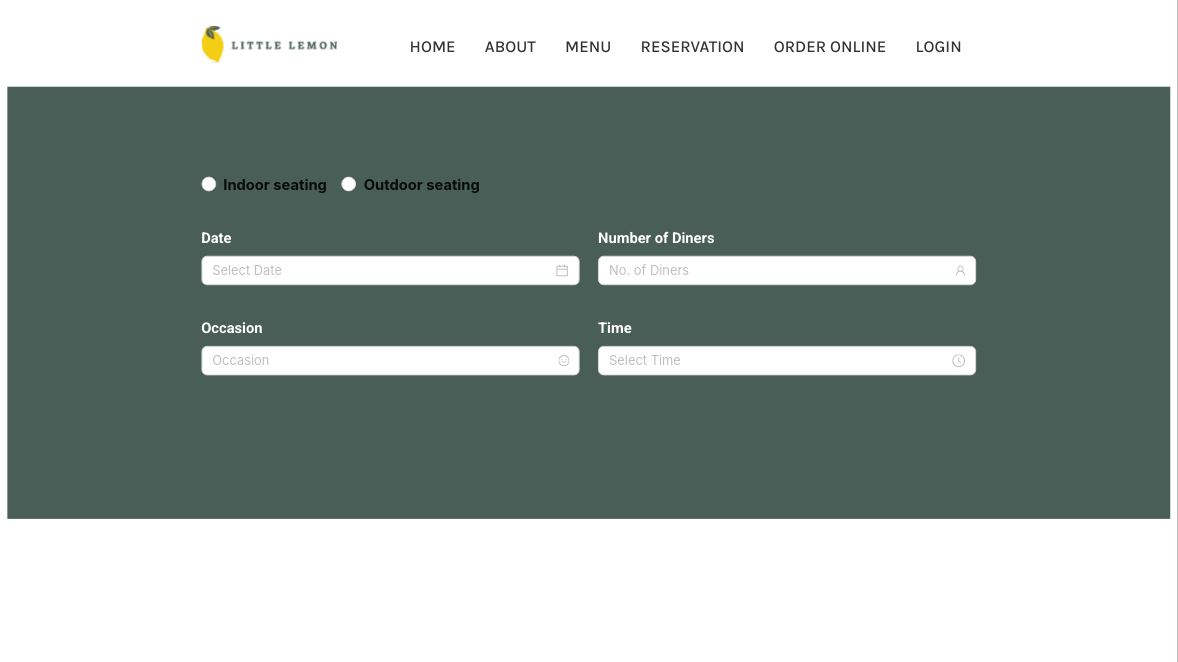
Repository: Yeshwanth-189/little-lemon
Page: /reservation (app in little-lemon/)
These files come from the project's save history. The page is drawn as it stood at one moment and after the next save; the edit follows.
The browser window is 1280 px wide. The pictures show the whole page, at 92% of full size.
The project was rebuilt for these pictures with package versions that can differ from the ones it lists, and the page was loaded fresh each time. Also part of the build but not shown: little-lemon/src/index.css, little-lemon/src/components/Hero/Hero.css, little-lemon/src/components/Hero/Hero.jsx, little-lemon/src/components/Specials/Specials.css, little-lemon/src/components/Specials/Specials.jsx, little-lemon/src/components/Testimonials/Testimonials.css, little-lemon/src/components/Testimonials/Testimonials.jsx, little-lemon/src/components/About/About.css and 3 more.

Above is the page before, as saved 2025-04-26 22:34:46.

After the next save:
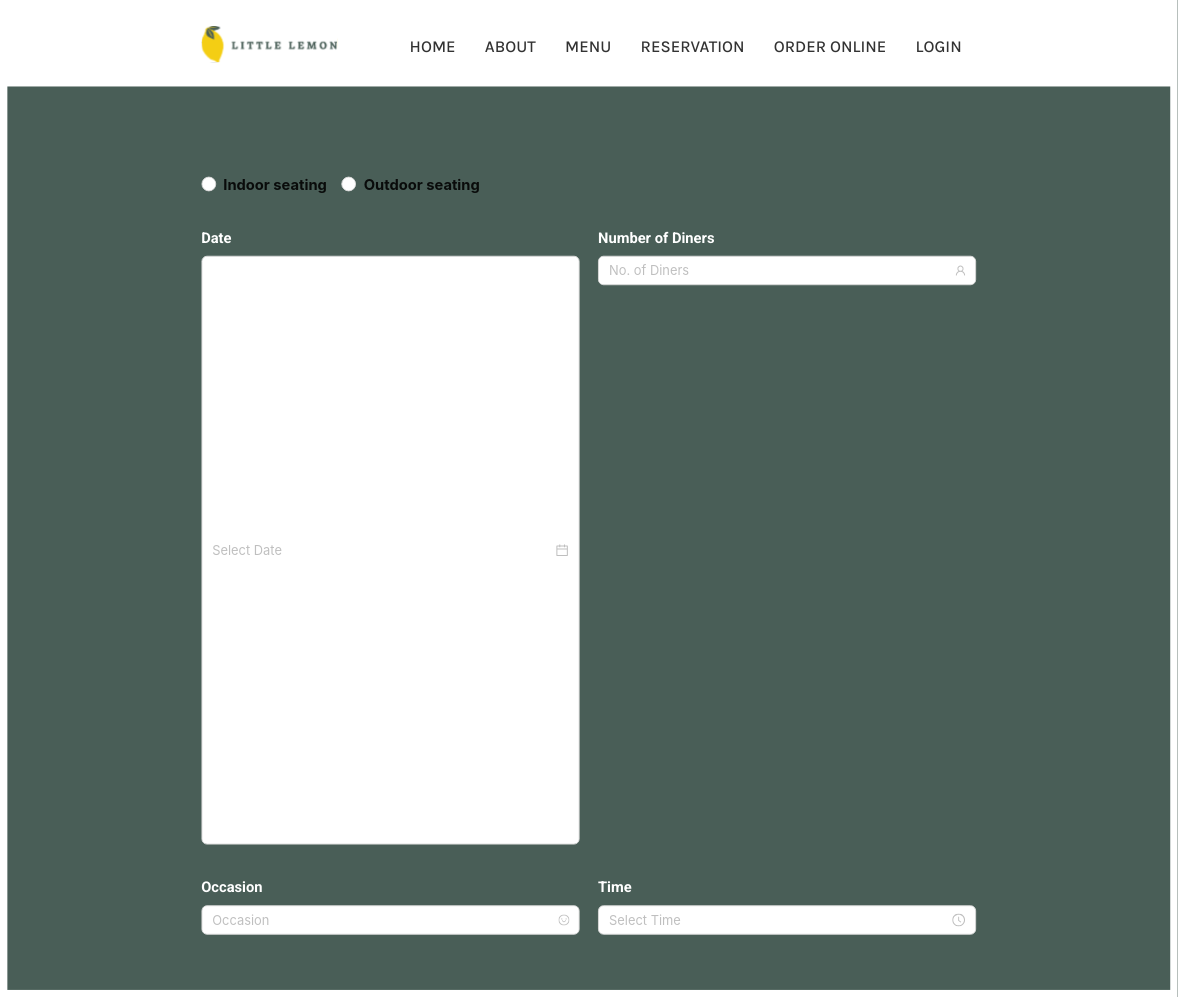
Saved 15 s later.
--- a/little-lemon/src/components/Reservation/Reservation.jsx
+++ b/little-lemon/src/components/Reservation/Reservation.jsx
@@ -34,7 +34,7 @@
             <label>Date</label>
             <DatePicker
               suffixIcon={<CalendarOutlined />}
-              style={{ width: "100%", height: "100%" }}
+              style={{ width: "100%", height: "40rem" }}
               placeholder="Select Date"
             />
           </div>

After the save that followed:
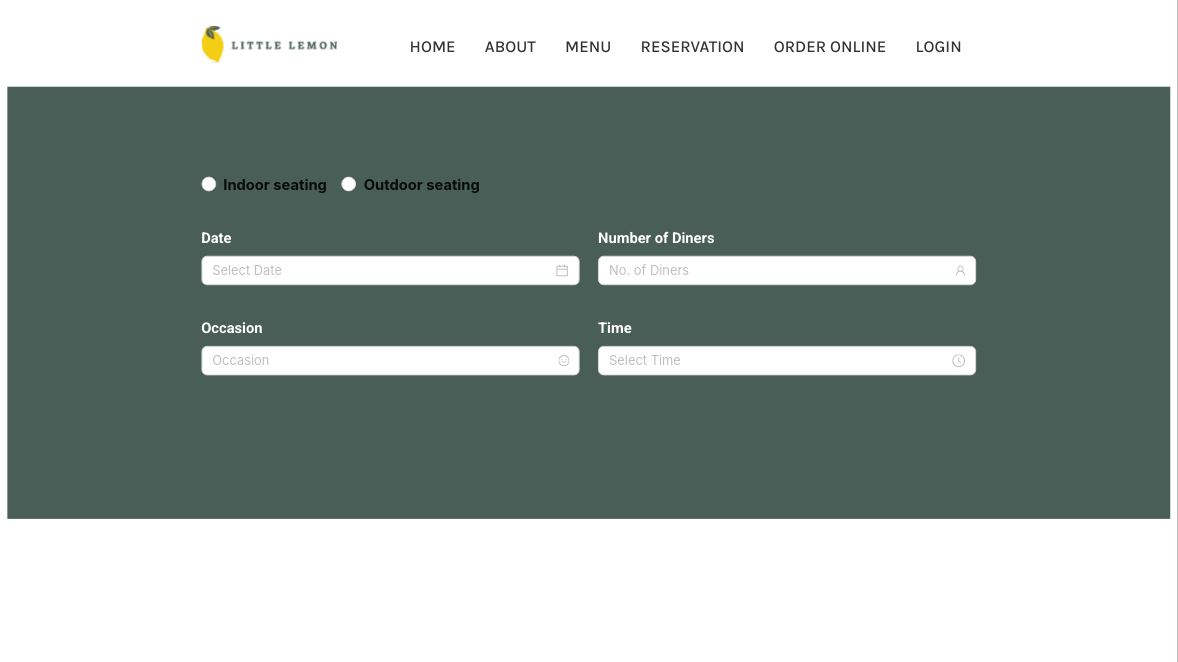
Saved 10 s later.
--- a/little-lemon/src/components/Reservation/Reservation.jsx
+++ b/little-lemon/src/components/Reservation/Reservation.jsx
@@ -34,7 +34,7 @@
             <label>Date</label>
             <DatePicker
               suffixIcon={<CalendarOutlined />}
-              style={{ width: "100%", height: "40rem" }}
+              style={{ width: "100%" }}
               placeholder="Select Date"
             />
           </div>
